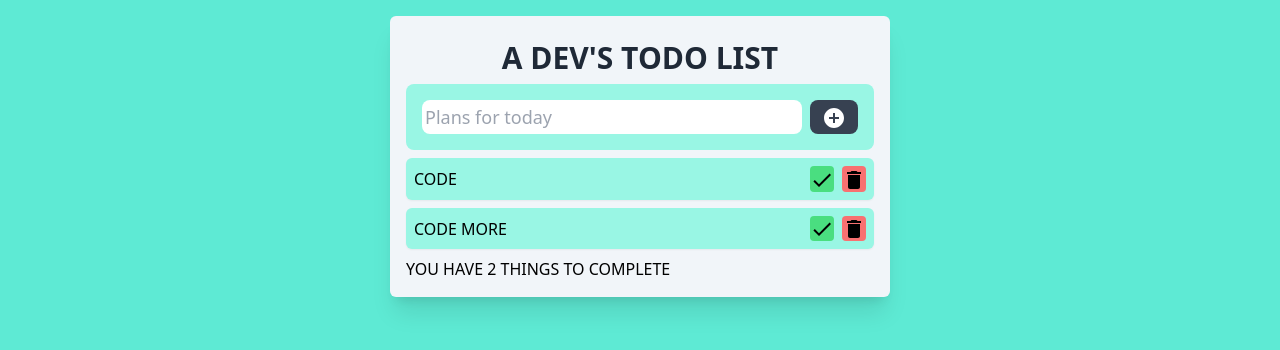
Repository: DevAntonioRogers/React-Todo-CRUD-App
Page: /
An editor plug-in stored every save of this project. The page is shown before and after the next save, followed by the edit.
The browser window is 1280 px wide. The pictures show the whole page.
The project was rebuilt for these pictures with package versions that can differ from the ones it lists, and the page was loaded fresh each time. Also part of the build but not shown: vite.config.ts.

Above is the page before, as saved 2023-05-14 20:05:27.

After the next save:
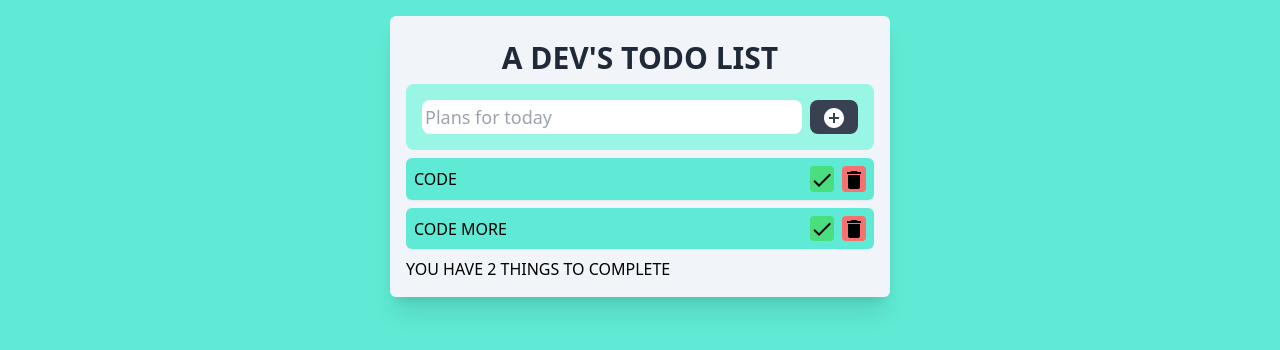
Saved 4 s later.
--- a/src/components/Todo.tsx
+++ b/src/components/Todo.tsx
@@ -7,7 +7,7 @@ interface TodoProps {
 
 const Todo = ({ todos }: TodoProps) => {
   return (
-    <li className="p-2 bg-teal-200 my-2 rounded-md uppercase shadow-sm">
+    <li className="p-2 bg-teal-300 my-2 rounded-md uppercase shadow-sm">
       <div className="flex items-center justify-between">
         <p>{todos}</p>
         <div className="flex gap-2">
